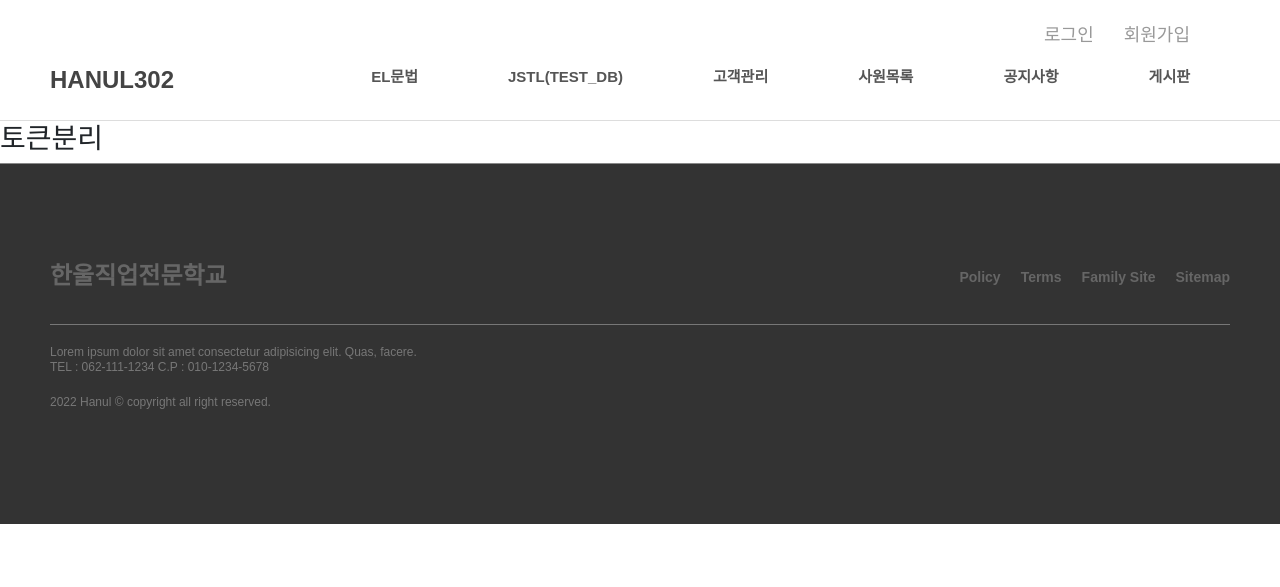
Repository: Xeyeong/servlet
Page: http://localhost/05.MiniProject/el/token.jsp
These files come from the project's save history. The page is drawn as it stood at one moment and after the next save; the edit follows.
The browser window is 1280 px wide. The pictures show the whole page.
Some web libraries are served in a nearby version. The page is served by Tomcat 9.

Above is the page before, as saved 2022-09-22 01:32:54.

After the next save:
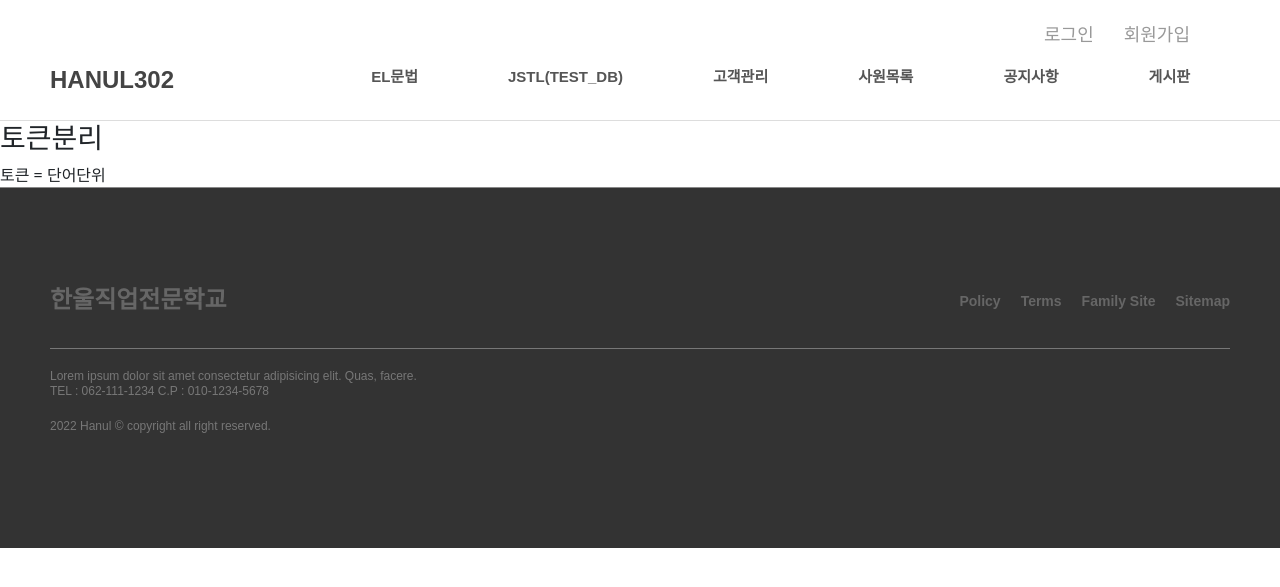
Saved 12 s later.
--- a/05.MiniProject/src/main/webapp/el/token.jsp
+++ b/05.MiniProject/src/main/webapp/el/token.jsp
@@ -9,6 +9,10 @@
 <body>
 <jsp:include page="/include/header.jsp"/>
 	<h3>토큰분리</h3>
+토큰 = 단어단위
+<%
+
+%>
 <%@ include file="/include/footer.jsp" %>
 
 </body>
